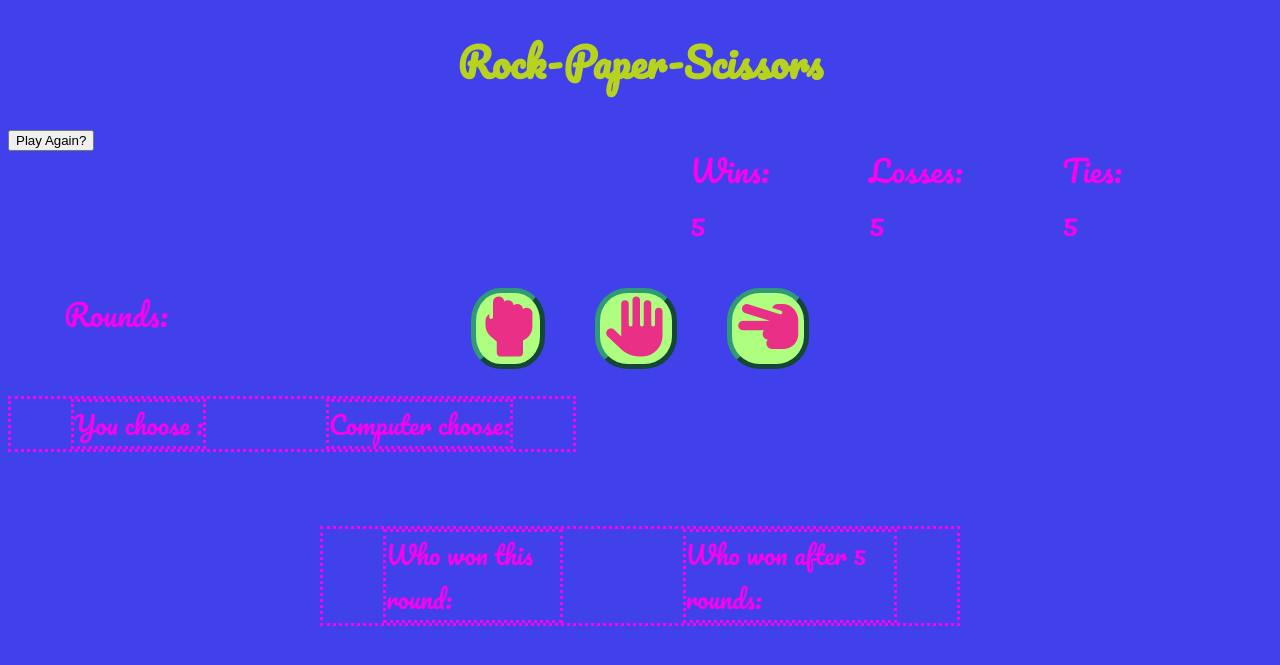
Repository: 0101chaitanya/Rock-Paper-Scissors
Page: index.html
An editor plug-in stored every save of this project. The page is shown before and after the next save, followed by the edit.
The browser window is 1280 px wide. The pictures show the whole page.
Some web libraries are served in a nearby version.

Above is the page before, as saved 2021-05-15 01:17:16.
Not found: linkk.js

After the next save:
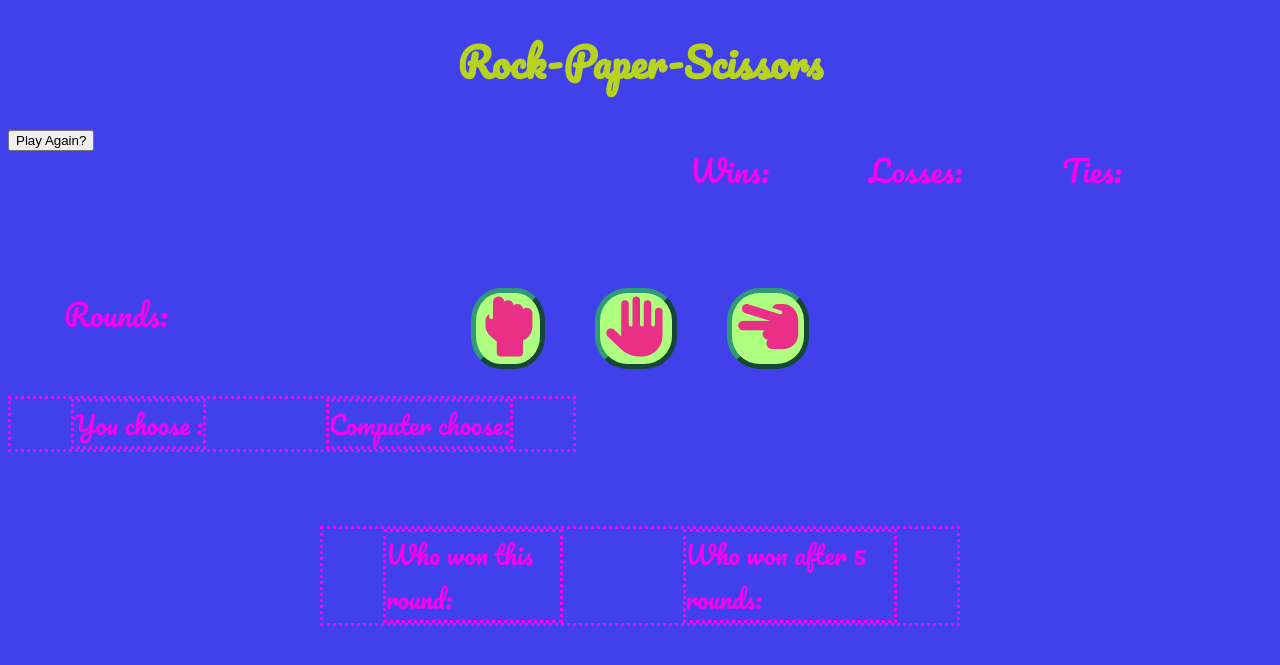
Saved 7 s later.
--- a/index.html
+++ b/index.html
@@ -13,9 +13,9 @@
 <body>
     <h1 id="welcome">Rock-Paper-Scissors</h1>
     <div id="div1">
-        <span id="wins" class="score">Wins: 5</span>
-        <span id="losses" class="score">Losses: 5</span>
-        <span id="ties" class="score">Ties: 5</span>
+        <span id="wins" class="score">Wins:</span>
+        <span id="losses" class="score">Losses:</span>
+        <span id="ties" class="score">Ties:</span>
     </div>
     <div id="div2">
         <span id="rounds">Rounds:</span>
